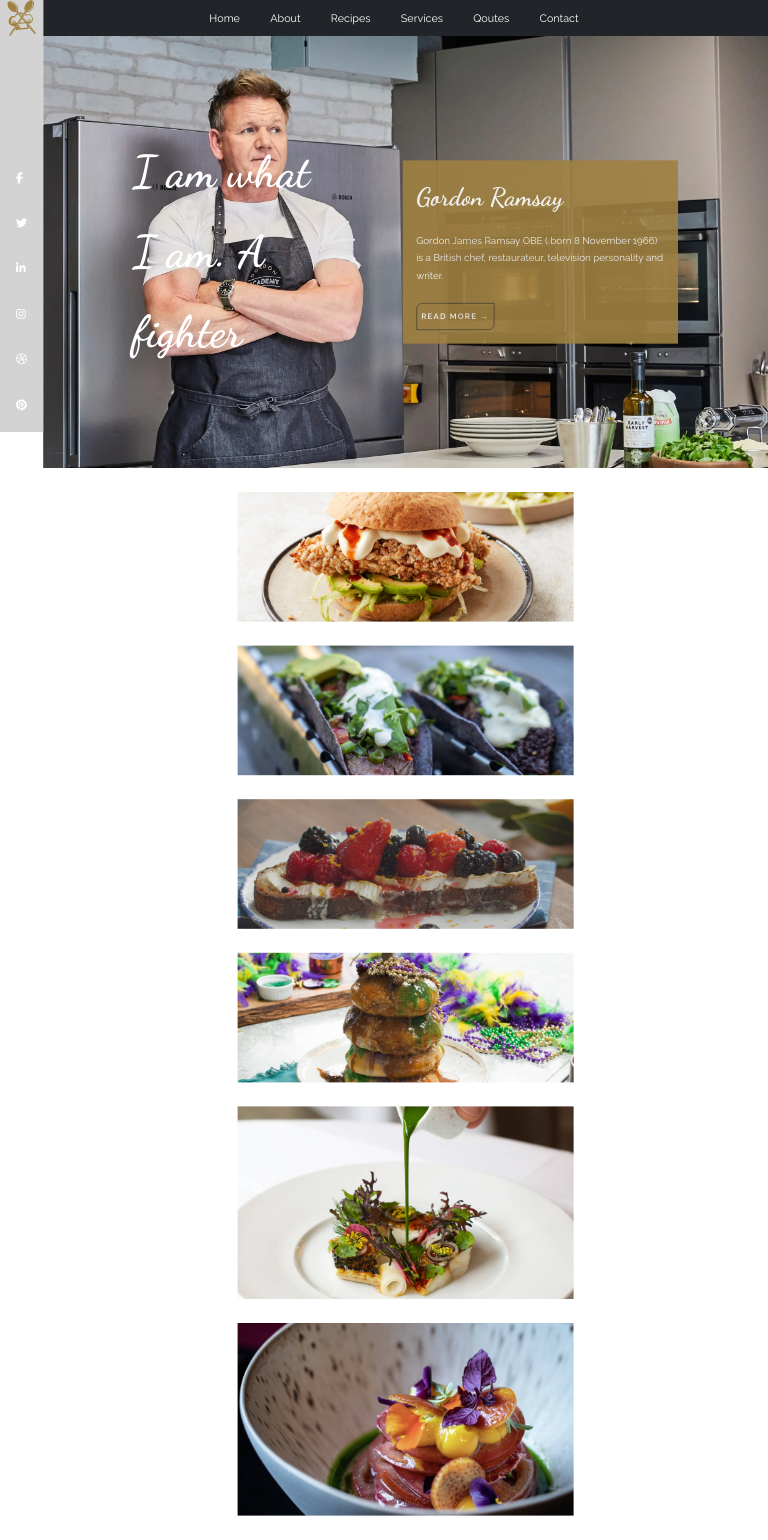
Repository: Esraa22M/Gordon-Ramsay-Biography
Page: index.html
The author's editor kept a copy of each file at every save. The page is drawn from the files as they stood at one save, then again after the next save.
The browser window is 1280 px wide. The pictures show the whole page, at 60% of full size.
Backgrounds fixed to the window are drawn as part of the page. Some web libraries are served in a nearby version.

Above is the page before, as saved 2022-12-13 20:13:20.

### index.html
<!DOCTYPE html>
<html lang="en">

<head>
    <meta charset="UTF-8">
    <meta http-equiv="X-UA-Compatible" content="IE=edge">
    <meta name="viewport" content="width=device-width, initial-scale=1.0">
    <title>Gordon-Ramsay-Biography
    </title>
    <!-- google fonts -->
    <link rel="preconnect" href="https://fonts.googleapis.com">
    <link rel="preconnect" href="https://fonts.gstatic.com" crossorigin>
    <link
        href="https://fonts.googleapis.com/css2?family=Dancing+Script:wght@400;500;600;700&family=Raleway:ital,wght@0,100;0,200;0,300;0,400;0,500;0,600;0,700;0,800;0,900;1,100;1,200;1,300;1,400;1,500;1,600;1,700;1,800;1,900&display=swap"
        rel="stylesheet">
    <link href="https://fonts.googleapis.com/css2?family=Dancing+Script:wght@400;500;600;700&display=swap"
        rel="stylesheet">

    <!-- external style -->
    <link rel="stylesheet" href="style.css" />
    <!-- fontawsome -->
    <script src="https://kit.fontawesome.com/8684e53235.js" crossorigin="anonymous"></script>
    <!-- scripts -->
    <script src="main.js" defer></script>
</head>

<body>
    <!-- Asidebar Nav-->
    <aside id="aside-nav">
        <div class="aside--nav__content">
            <img src="./img/chef-logo.svg" alt="side Navbar logo" class="aside--nav__content__logo">

            <nav class="aside-nav__content__nav" role="side nav">
                <ul class="aside--nav__content__nav--social">
                    <li><a href="#"><i class="fab fa-facebook-f"></i></a></li>
                    <li><a href="#"><i class="fab fa-twitter"></i></a></li>
                    <li><a href="#"><i class="fab fa-linkedin-in"></i></a></li>
                    <li><a href="#"><i class="fab fa-instagram"></i></a></li>
                    <li><a href="#"><i class="fab fa-dribbble"></i></a></li>
                    <li><a href="#"><i class="fa-brands fa-pinterest"></i></a></li>
                </ul>
            </nav>
        </div>
    </aside>
    <!-- Main Content -->
    <main>
        <header id="header">
            <div class="primary-nav-container">
                <!-- hamburger icon -->
                <div class="header__primary-nav--hamburger">
                    <div class="line line-1"></div>
                    <div class="line line-2"></div>
                    <div class="line line-3"></div>
                </div>
                <!-- Primary Nav -->
                <nav id="header__primary-nav">

                    <ul class="header__primary-nav-links">
                        <li class="header__primary-nav-links--link-item"><a href="#"
                                class="header__primary-nav--nav-link">Home</a></li>
                        <li class="header__primary-nav-links--link-item"><a href="#"
                                class="header__primary-nav--nav-link">About</a></li>
                        <li class="header__primary-nav-links--link-item"><a href="#"
                                class="header__primary-nav--nav-link">Recipes</a></li>
                        <li class="header__primary-nav-links--link-item"><a href="#"
                                class="header__primary-nav--nav-link">Services</a></li>
                        <li class="header__primary-nav-links--link-item"><a href="#"
                                class="header__primary-nav--nav-link">Qoutes</a></li>
                        <li class="header__primary-nav-links--link-item"><a href="#"
                                class="header__primary-nav--nav-link">Contact</a></li>
                    </ul>
                </nav>
            </div>
        </header>
        <!-- hero section -->
        <section id="show-case">
            <h1 class="show-case__word">I am what I am. A fighter</h1>
            <div class="show-case__content">
                <h1 class="show-case__content-title"> Gordon Ramsay
                </h1>
                <p class="show-case__content--bio">Gordon James Ramsay OBE ( born 8 November 1966) is a British chef,
                    restaurateur, television personality and
                    writer.
                </p>
                <a href="#" class="show-case__content--link">Read More &#8594
                </a>
            </div>
        </section>
        <!-- work section -->
        <section id="work">
            <div class="work__card">
                <img src="./img/Dishes/California-fried-chicken-sandwich.png" alt="recipe"/>
            </div>
            <div class="work__card">
                <img src="./img/Dishes/CroppedFocusedImage.jpg" alt="recipe" />
            </div>
            <div class="work__card">
                <img src="./img/Dishes/FruitsCake.png" alt="recipe" />
            </div>
            <div class="work__card">
                <img src="./img/Dishes/KingCake.jpg" alt="recipe" />
            </div>
            <div class="work__card">
                <img src="./img/Dishes/Lean-MACHINE-chicken-skewers.jpg" alt="recipe" />
            </div>
            <div class="work__card">
                <img src="./img/Dishes/Mushroomtoast.jpg" alt="recipe" />
            </div>
        </section>
    </main>
</body>

</html>

### style.css
*,
*::after,
*::before {
  box-sizing: border-box;
  margin: 0;
  padding: 0;
}
/* utility components */
:root {
  font-size: 62.5%;
  /* colors */
  --clr-neutral-200: rgb(47, 45, 45);
  --clr-neutral-100: #212529;
  --clr-light: #ffff;
  --clr-primary: rgb(159, 129, 66);
  --ff-primary: "Raleway", sans-serif;

  --ff-secondary: "Dancing Script", cursive;
}
body {
  font-family: var(--ff-primary);
  line-height: 1.8;
  display: flex;
  width: 100vw;
}
ul {
  list-style: none;
}
a:link,
a:visited {
  text-decoration: none;
  cursor: pointer;
  color: var(--clr-light);
}
/* -------------------Main Styling-------*/

/* ---side nav-- */
#aside-nav {
  position: sticky;
  top: 0;
  left: 0;
  height: 100vh;
}
.aside--nav__content {
  height: 100vh;
  display: flex;
  flex-direction: column;
  justify-content: space-between;
  background-color: lightgray;
  align-items: center;
}
.aside--nav__content__logo {
  height: calc(3vw + 3vh);
  object-fit: cover;
}
.aside-nav__content__nav {
  height: 100%;
  display: flex;
  flex-direction: column;
  align-items: center;
  padding: calc(0.3em + 0.4vw);
  justify-content: flex-end;
}
.aside--nav__content__nav--social {
  list-style: none;
}

.aside--nav__content__nav--social a i {
  font-size: calc(1rem + 0.666vw);
  color: var(--clr-light);
  margin: calc(2rem + 0.666vw) calc(1rem + 0.666vw);
  transition: color 0.3s cubic-bezier(0.075, 0.82, 0.165, 1);
}

.aside--nav__content__nav--social a i:hover,
.aside--nav__content__nav--social a i:focus-within,
.aside--nav__content__nav--social a i:active {
  color: var(--clr-primary);
}
/* Main content */
main {
  flex: 1;
}
/* ---Primary Nav ---*/
header#header {
  background-color: var(--clr-neutral-100);
  width: 100%;
}
:where(#header__primary-nav) {
  height: calc(3vw + 3vh);
  width: 100%;
}
.header__primary-nav-links {
  display: flex;
  height: 100%;
  justify-content: center;
  align-items: center;
}
.header__primary-nav-links .header__primary-nav-links--link-item {
  padding-right: 3vw;
}
.header__primary-nav--nav-link {
  font-size: 1.8rem;
  text-transform: capitalize;
  position: relative;
  padding: 0.2rem 0.6rem;
}
.header__primary-nav--nav-link:link::before,
.header__primary-nav--nav-link:visited::before,
.header__primary-nav--nav-link:link::after,
.header__primary-nav--nav-link:visited::after {
  content: "";
  position: absolute;
  left: 0;
  width: 100%;
  height: 0.25rem;
  background-color: var(--clr-primary);
  transform: scaleX(0);
  transition: transform 0.6s cubic-bezier(1, 0, 0, 1);
}
.header__primary-nav--nav-link:link::before,
.header__primary-nav--nav-link:visited::before {
  top: 0;
  transform-origin: right;
}
.header__primary-nav--nav-link:link::after,
.header__primary-nav--nav-link:visited::after {
  bottom: 0;
  transform-origin: left;
}
.header__primary-nav--nav-link:hover::before,
.header__primary-nav--nav-link:active::before,
.header__primary-nav--nav-link:hover::after,
.header__primary-nav--nav-link:active::after {
  transform: scaleX(1);
}
/*-------------showcase section---------------*/
section#show-case {
  background-image: url("./img/GRA_Gordon_010921.webp");
  background-size: cover;
  object-fit: cover;
  background-attachment: fixed;
  background-position: 20%;
  height: 100vh;
  color: var(--clr-light);
  display: flex;
  justify-content: space-evenly;
  align-items: center;
}
.show-case__content {
  background-color: var(--clr-primary);
  opacity: 0.9;
  padding: calc(1rem + 1vw);
  min-height: calc(5rem + 20vmax);
  width: calc(5rem + 32vmax);
  display: flex;
  flex-direction: column;
  justify-content: space-between;
  animation: hero 2s ease-in-out;
}
@keyframes hero {
  0% {
    transform: translateX(-60rem) rotate(369deg);
    opacity: 0;
  }
  100% {
    transform: translateX(0);
    opacity: 1;
  }
}
.show-case__word {
  width: 30rem;
  font-size: calc(1rem + 5vw);
}
.show-case__content-title {
  font-size: calc(1rem + 2.5vw);
}
.show-case__content-title,
.show-case__word {
  font-family: var(--ff-secondary);
}
.show-case__content--bio {
  font-size: calc(1rem + 0.5vw);
}
.show-case__content--link:visited,
.show-case__content--link:link {
  padding: 1rem 0;
  transition: all 0.5s ease-in-out;
  width: 13rem;
  text-align: center;
  margin-top: 1rem;

  text-transform: uppercase;
  font-size: 1.3rem;
  position: relative;
  border: 1px solid var(--clr-neutral-200);
  border-bottom-right-radius: 1rem 1rem;
  border-top-left-radius: 1rem 1rem;
  font-weight: 600;
  letter-spacing: 0.2rem;
}
.show-case__content--link:visited::after,
.show-case__content--link:link::after {
  content: "";
  position: absolute;
  z-index: -2;
  inset: 0;
  background-color: var(--clr-neutral-200);
  transform: scaleX(0);
  transform-origin: right;
  transition: transform 0.4s;
}
.show-case__content--link:visited:hover,
.show-case__content--link:link:hover {
  border-radius: unset;
  border: unset;
}
.show-case__content--link:hover::after,
.show-case__content--link:active::after {
  transform: scaleX(1);
  transform-origin: left;
}

/* work section */
section#work {
  display: flex;
  flex-wrap: wrap;
  justify-content: center;
  padding: 2rem;
}
div.work__card {
  padding: 2rem;
  flex-basis: 60rem;
}
div.work__card img {
  width: 100%;
  height: 100%;
  object-fit: cover;
}
@media screen and (max-width: 950px) {
  /*showcase section**/
  section#show-case {
    background-image: url(./img/GRA_Gordon.png);
    justify-content: space-evenly;
    align-items: flex-end;
    flex-direction: column;
    background-position: 10%;
  }
  .show-case__content,
  .show-case__word {
    width: 50%;
    margin-right: 1rem;
  }
}
/* max width (610px) */
@media screen and (max-width: 610px) {
  .aside--nav__content__nav--social a i {
  font-size: calc(1rem + 2vw);}
  .primary-nav-container {
    position: relative;
  }
  :where(#header__primary-nav) {
    width: 30rem;
    height: 100%;
    position: fixed;
    background-color: var(--clr-neutral-200);
    top: 0;
    right: 0;
    z-index: 100;
    opacity: 0;
    text-align: center;
  }
  .main__nav--position {
    opacity: 1;
  }
  .header__primary-nav-links {
    flex-direction: column;
    align-items: flex-start;
  }

  /* .header__primary-nav-links::after {
    content: "";
    position: absolute;
    height: 50%;
    width: 50%;
    opacity: 0.8;
    z-index: -1;
    border-radius: 10px 5% / 20px 25em 30px 35em;

    background-color: var(--clr-neutral-100);
    box-shadow: 0 0 0.3rem 0.1rem var(--clr-primary);
    left: 2rem;
  } */

  .header__primary-nav-links :where(.header__primary-nav-links--link-item) {
    margin-bottom: 4vh;
    margin-left: 6vw;
    opacity: 0;
  }

  .header__primary-nav--hamburger {
    width: 5rem;
    height: 5rem;
    position: fixed;
    z-index: 200;
    top: 2rem;
    right: 3rem;
    background-color: var(--clr-neutral-200);
    cursor: pointer;
    border-radius: 50%;
    padding: 1rem;
    display: flex;
    flex-direction: column;
    justify-content: space-around;
  }
  .line {
    width: 100%;
    height: 0.3rem;
    background-color: var(--clr-light);
    border-radius: 0.2rem;
    transition: all 0.4s ease-in-out;
  }
  .primary-nav-container[aria-expanded="true"] .line-1 {
    transform: rotateZ(-405deg) translate(-1.25rem);
  }
  .primary-nav-container[aria-expanded="true"] .line-2 {
    opacity: 0;
  }
  .primary-nav-container[aria-expanded="true"] .line-3 {
    transform: rotateZ(45deg) translate(-1.5rem);
  }
  .fade {
    opacity: 1;
  }
  section#show-case {
    background-position: 10%;
    align-items: center;
  }
  .show-case__content,
  .show-case__word {
    width: 90%;
  }
}

### main.js
/*----------primary nav------------*/
const mainNavContainer = document.querySelector(".primary-nav-container");
const hamburgerContainer = document.querySelector("#header__primary-nav");
const hamburger = document.querySelector(".header__primary-nav--hamburger");
const links = document.querySelectorAll(".header__primary-nav-links li");
let handleMainNavbarExpantion = function () {
  hamburgerContainer.classList.contains("main__nav--position")
    ? mainNavContainer.setAttribute("aria-expanded", false)
    : mainNavContainer.setAttribute("aria-expanded", true);
  hamburgerContainer.classList.toggle("main__nav--position");
  links.forEach((link, i) => {
    link.style.transition = `all 0.5s ease-in-out ${i * 0.2 + 0.2}s`;
    link.classList.toggle("fade");
  });
};
hamburger.addEventListener("click", handleMainNavbarExpantion);

Loaded but not shown: img/chef-logo.svg (8 lines, source omitted)

After the next save:
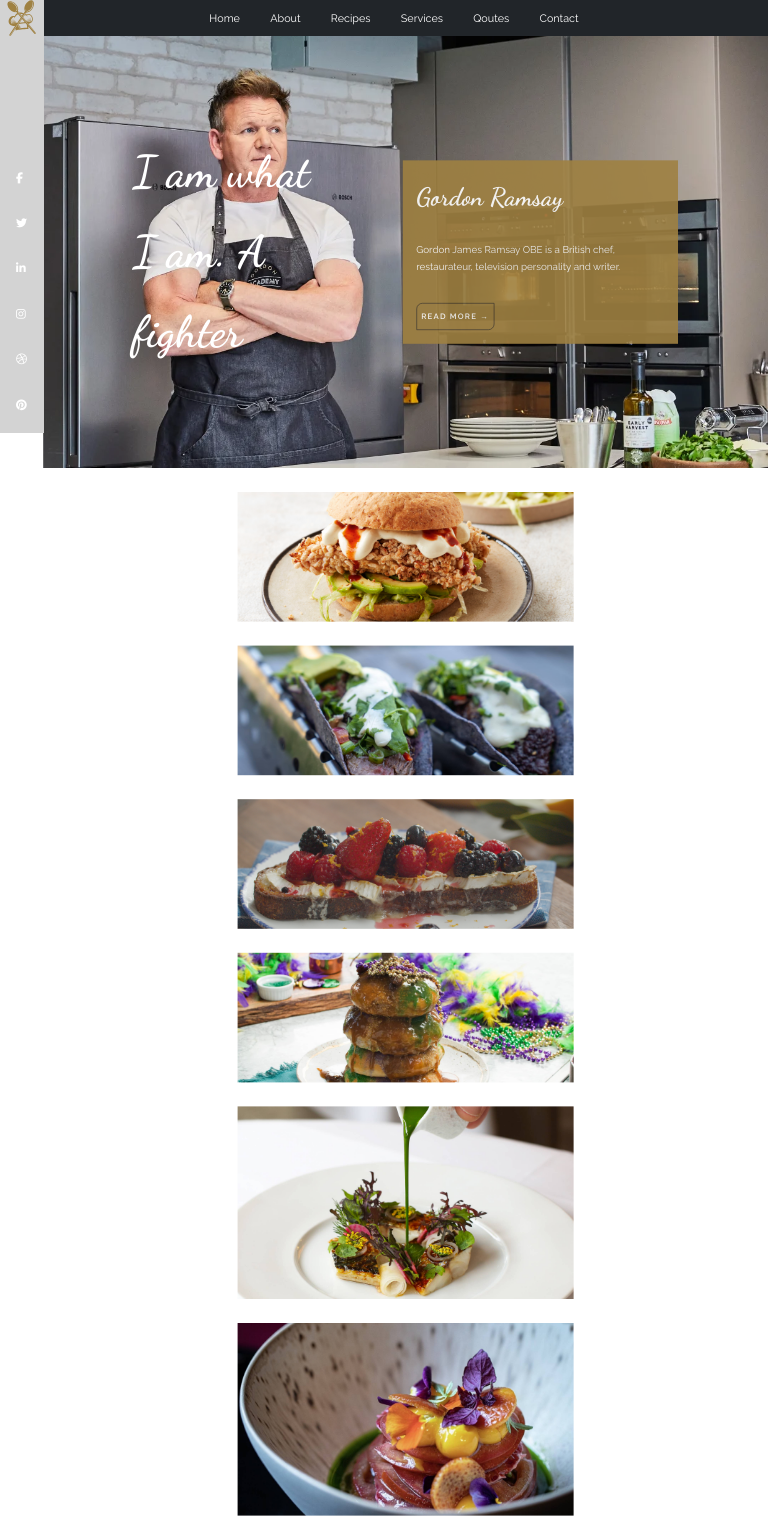
Saved 31 s later.
--- a/index.html
+++ b/index.html
@@ -78,7 +78,7 @@
             <div class="show-case__content">
                 <h1 class="show-case__content-title"> Gordon Ramsay
                 </h1>
-                <p class="show-case__content--bio">Gordon James Ramsay OBE ( born 8 November 1966) is a British chef,
+                <p class="show-case__content--bio">Gordon James Ramsay OBE  is a British chef,
                     restaurateur, television personality and
                     writer.
                 </p>
